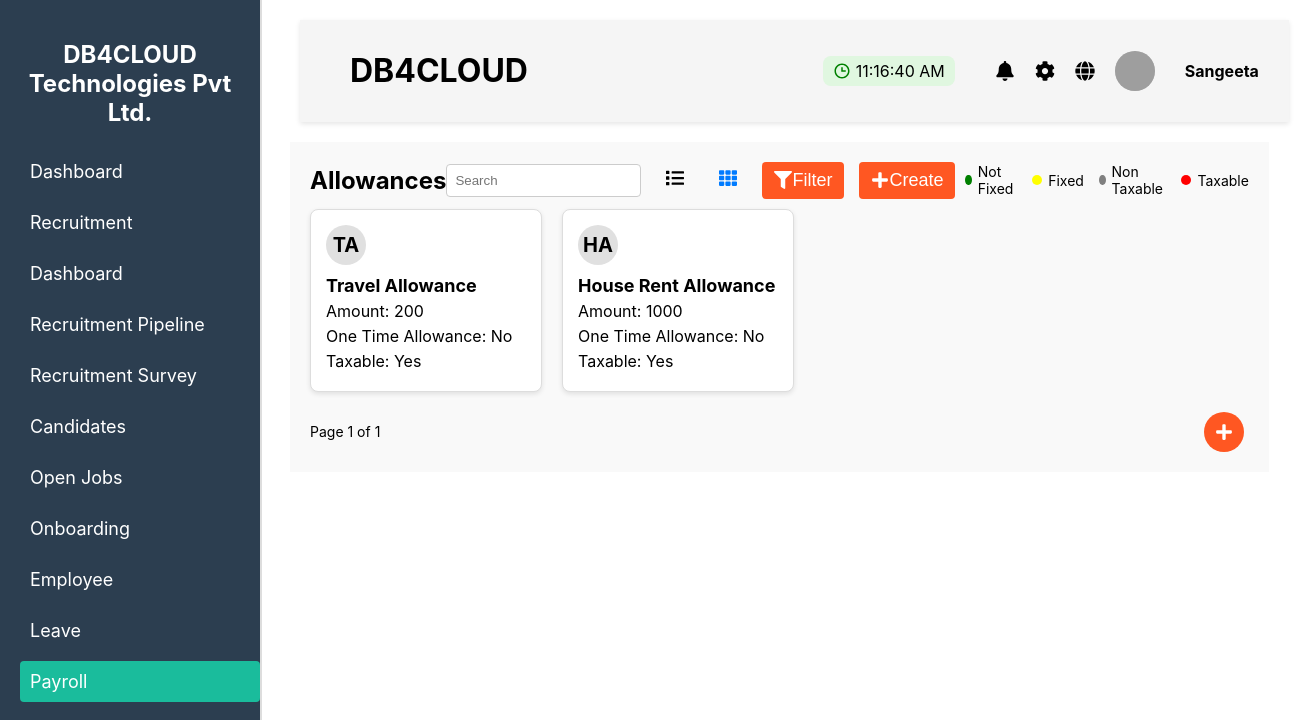
Repository: tinu-ns/Dev-code
Page: /payroll/allowances (app in HRMS-DEMO-Sang/hrms/)
These files come from the project's save history. The page is drawn as it stood at one moment and after the next save; the edit follows.
The browser window is 1280 px wide. The page is 1309 px wide, then 1280 px, so the pictures cover 1309 px, including what lies to the right of the window. The pictures show the whole page.
Pictures or frames that could not be fetched are drawn as grey boxes. The project was rebuilt for these pictures with package versions that can differ from the ones it lists, and the page was loaded fresh each time. Also part of the build but not shown: HRMS-DEMO-Sang/hrms/src/components/Dashboard.js, HRMS-DEMO-Sang/hrms/src/components/Recruitment/RecruitmentDashboard.js, HRMS-DEMO-Sang/hrms/src/components/Recruitment/RecruitmentPipeline.js, HRMS-DEMO-Sang/hrms/src/components/Payroll/Contract.js, HRMS-DEMO-Sang/hrms/src/components/Payroll/Deductions.js, HRMS-DEMO-Sang/hrms/src/components/Payroll/Payslips.js, HRMS-DEMO-Sang/hrms/src/components/Payroll/PayrollDashboard.js, HRMS-DEMO-Sang/hrms/src/components/MainContent.css and 3 more.

Above is the page before, as saved 2024-11-06 15:58:05.

### HRMS-DEMO-Sang/hrms/src/App.js
import React from 'react';
import { BrowserRouter as Router, Route, Routes, Navigate } from 'react-router-dom';
import Sidebar from './components/Sidebar';
import Dashboard from './components/Dashboard';
import RecruitmentDashboard from './components/Recruitment/RecruitmentDashboard';
import RecruitmentPipeline from './components/Recruitment/RecruitmentPipeline';
import Allowances from './components/Payroll/Allowances';
import Contract from './components/Payroll/Contract';
import Deductions from './components/Payroll/Deductions';
import Payslips from './components/Payroll/Payslips';
import PayrollDashboard from './components/Payroll/PayrollDashboard';
import Header from './components/Header';
import MainContent from './components/MainContent';
import RightSidebar from './components/RightSidebar';

import './App.css';

function App() {
  return (
    <Router>
      <div className="app">
        <Sidebar />
        <div className="content-container">
          <Header />
          <div className="main-section">
            <Routes>
              {/* Main Dashboard Route */}
              <Route path="/" element={<><MainContent /><RightSidebar /></>} />
              <Route path="/dashboard" element={<Dashboard />} />

              {/* Recruitment Section */}
              <Route path="/recruitment/dashboard" element={<RecruitmentDashboard />} />
              <Route path="/recruitment/pipeline" element={<RecruitmentPipeline />} />

              {/* Payroll Section Routes */}
              <Route path="/payroll/payroll-dashboard" element={<PayrollDashboard />} />
              <Route path="/payroll/allowances" element={<Allowances />} />
              <Route path="/payroll/contract" element={<Contract />} />
              <Route path="/payroll/deductions" element={<Deductions />} />
              <Route path="/payroll/payslips" element={<Payslips />} />

              {/* Redirect unknown routes to main dashboard */}
              <Route path="*" element={<Navigate to="/" />} />
            </Routes>
          </div>
        </div>
      </div>
    </Router>
  );
}

export default App;

### HRMS-DEMO-Sang/hrms/src/components/Payroll/Allowances.js
import React, { useState } from 'react';
import './Allowances.css';
import { FaSearch, FaList, FaTh, FaFilter, FaPlus, FaEdit, FaTrash } from 'react-icons/fa';

const allowancesData = [
  { id: 1, code: 'TA', name: 'Travel Allowance', amount: 200.0, oneTime: 'No', taxable: 'Yes', fixed: false },
  { id: 2, code: 'HA', name: 'House Rent Allowance', amount: 1000.0, oneTime: 'No', taxable: 'Yes', fixed: true },
  // Add more allowance data here
];

const Allowances = () => {
  const [searchTerm, setSearchTerm] = useState('');
  const [view, setView] = useState('card'); // 'card' or 'list'
  const [filteredData, setFilteredData] = useState(allowancesData);

  const handleSearch = (e) => {
    const term = e.target.value;
    setSearchTerm(term);
    if (term === '') {
      setFilteredData(allowancesData);
    } else {
      const filtered = allowancesData.filter((allowance) =>
        allowance.name.toLowerCase().includes(term.toLowerCase())
      );
      setFilteredData(filtered);
    }
  };

  return (
    <div className="allowances-container">
      <header className="allowances-header">
        <h2>Allowances</h2>
        <div className="controls">
          <input
            type="text"
            placeholder="Search"
            value={searchTerm}
            onChange={handleSearch}
            className="search-input"
          />
          <button className={`view-toggle ${view === 'list' ? 'active' : ''}`} onClick={() => setView('list')}>
            <FaList />
          </button>
          <button className={`view-toggle ${view === 'card' ? 'active' : ''}`} onClick={() => setView('card')}>
            <FaTh />
          </button>
          <button className="filter-btn">
            <FaFilter /> Filter
          </button>
          <button className="create-btn">
            <FaPlus /> Create
          </button>
        </div>
        <div className="status-indicators">
          <span className="dot not-fixed">Not Fixed</span>
          <span className="dot fixed">Fixed</span>
          <span className="dot non-taxable">Non Taxable</span>
          <span className="dot taxable">Taxable</span>
        </div>
      </header>

      {view === 'card' ? (
        <div className="card-view">
          {filteredData.map((allowance) => (
            <div className="allowance-card" key={allowance.id}>
              <div className="card-icon">{allowance.code}</div>
              <div className="card-content">
                <h3>{allowance.name}</h3>
                <p>Amount: {allowance.amount}</p>
                <p>One Time Allowance: {allowance.oneTime}</p>
                <p>Taxable: {allowance.taxable}</p>
              </div>
            </div>
          ))}
        </div>
      ) : (
        <div className="list-view">
          <table>
            <thead>
              <tr>
                <th>Allowance</th>
                <th>Specific Employees</th>
                <th>Excluded Employees</th>
                <th>Is Taxable</th>
                <th>Is Condition Based</th>
                <th>Condition</th>
                <th>Is Fixed</th>
                <th>Amount</th>
                <th>Based On</th>
                <th>Rate</th>
                <th>Action</th>
              </tr>
            </thead>
            <tbody>
              {filteredData.map((allowance) => (
                <tr key={allowance.id}>
                  <td>{allowance.name}</td>
                  <td>-</td>
                  <td>-</td>
                  <td>{allowance.taxable}</td>
                  <td>No</td>
                  <td>-</td>
                  <td>{allowance.fixed ? 'Yes' : 'No'}</td>
                  <td>{allowance.amount}</td>
                  <td>-</td>
                  <td>-</td>
                  <td>
                    <button className="edit-btn"><FaEdit /></button>
                    <button className="delete-btn"><FaTrash /></button>
                  </td>
                </tr>
              ))}
            </tbody>
          </table>
        </div>
      )}

      <footer className="footer">
        <span>Page 1 of 1</span>
        <button className="add-btn">
          <FaPlus />
        </button>
      </footer>
    </div>
  );
};

export default Allowances;

### HRMS-DEMO-Sang/hrms/src/components/Header.js
import React, {useState,useEffect} from 'react'
import {FaBell, FaCog, FaGlobe, FaSignOutAlt} from 'react-icons/fa'
import {BiTime} from 'react-icons/bi'
import './Header.css'

const Header = () => {
    const [currentTime, setCurrentTime] = useState('')
    const [showDropdown, setShowDropdown] = useState(false);

    const getCurrentTime = () => {
        const now = new Date()
        return now.toLocaleTimeString()   // Returns time as HH:MM:SS
    }

// Update time every second
useEffect(() => {
    const timer = setInterval(() => {
      setCurrentTime(getCurrentTime());
    }, 1000); // Update every 1000ms (1 second)

    // Cleanup interval on component unmount
    return () => clearInterval(timer);
  }, []); // Empty dependency array to run only on mount/unmount


    const toggleDropdown = () => {
        setShowDropdown(!showDropdown)
    }


  return (
    <header className='bg-container'>
      <div className='header'>
        <div className="header-left">
        <button className='menu-button'></button>
        <h1>DB4CLOUD</h1>
        </div>

        <div className="header-right">
          {/*  <p>You cannot mark attendence from this network</p> */}

                {/* Time display*/ }
                <div className="time-box">
                    <BiTime className='time-icon' />
                    <span>{currentTime}</span>
                </div>

                {/*Icons for notificatins, settings, etc. */}
                <FaBell className='icon' title='Notifications' />
                <FaCog className="icon" title="Settings" />
                <FaGlobe className='icon' title='Language' />

                {/* User Profile with dropdown*/ }

                <div className="user-profile" onClick={toggleDropdown}>
                    <div className="user-avatar">
                    < img src="https://th.bing.com/th/id/OIP.Pgv1PargHCECE7gCB5kJ-wHaKx?rs=1&pid=ImgDetMain"
                alt="user-Avatar" className="avatar" />
                    </div>
                    <span className="user-name">Sangeeta</span>

{showDropdown && (
    <div className="dropdown">
        <ul>
            <li>Profile</li>
            <li>Setting</li>
            <li>
                <FaSignOutAlt /> Logout
            </li>
        </ul>
    </div>
)}

</div>

     {  /*      <div className="user-info">
                <span className='user-name'>Shalu</span>
                < img src="https://th.bing.com/th/id/OIP.Pgv1PargHCECE7gCB5kJ-wHaKx?rs=1&pid=ImgDetMain"
                alt="user-Avatar" className="avatar" />
            </div>
            */ }
        </div>


      </div>

    </header>
  )
}

export default Header

### HRMS-DEMO-Sang/hrms/src/App.css
.app{
  display: flex;
  height: 100vh;
  background-color: #f4f4f4;
}

.content-container{
  flex-grow: 1;
  padding: 20px;
  background-color: #fff;
  margin-left: 200px;
  display: flex;
  flex-direction: column;

}

.main-section{
  display: flex;
  justify-content: space-between;
  padding: 20px;
}


.sidebar {
  width: 220px;
  background-color: #2c3e50;
  position: fixed;
  height: 100vh;
}

### HRMS-DEMO-Sang/hrms/src/components/Sidebar.css
 .container{
    display: flex;
    height: 100vh;
    margin-right: 50px;
}

/*
.content{
    flex-grow: 1;
    padding: 20px;
    padding-left: 50px;

}  */

.sidebar {
    width: 220px;
    height: 100vh;
    background-color: #503f2c;
    padding: 20px;
    color: white;
    height: 100vh;
    position: fixed;
    border-right: 2px solid #ddd;
    overflow-y: auto;        /* Allows vertical scrolling */
    position: fixed;
    margin-right: 200px;        /* Keeps sidebar fixed on the left side */

  }



  .sidebar h2{
    text-align: center;
    margin-bottom: 30px;
    font-size: 24px;
  }

  .sidebar-list{
    list-style-type: none;
    padding: 0;
  }


  .sidebar-list li{
    margin-bottom: 15px;
  }

  .sidebar-list li a {
    color: white;
    text-decoration: none;
    font-size: 18px;
    padding: 10px;
    border-radius: 4px;
    display: block;
  }

  .sidebar-list li a:hover{
    color: #1abc9c;
  }

  .sidebar-list li a.active{
    background-color: #1abc9c;
    color: white;
  }

  .sidebar {
    width: 250px;
    background-color: #2E3A46;
    color: #FFF;
    padding: 20px;
    height: 100vh;
  }

  .sidebar h2 {
    font-size: 1.5em;
    margin-bottom: 1em;
  }

  .sidebar ul {
    list-style: none;
    padding: 0;
  }

  .sidebar li {
    margin: 10px 0;
  }

  .sidebar li ul {
    margin-top: 5px;
  }

  .sidebar a {
    color: #FFF;
    text-decoration: none;
  }

  .sidebar a:hover {
    text-decoration: underline;
  }

  .sidebar a.active {
    color: #20c997;
  }

  .sidebar ul li a:hover, .menu-toggle:hover {
    background-color: #34495e;
  }

  .menu-toggle {
    background: none;
    border: none;
    color: #ecf0f1;
    font-size: 1rem;
    text-align: left;
    cursor: pointer;
    width: 100%;
    padding: 10px;
  }

  .submenu {
    list-style-type: none;
    padding-left: 20px;
  }

  .submenu li a {
    padding-left: 20px;
    font-size: 0.9rem;
  }

### HRMS-DEMO-Sang/hrms/src/components/Recruitment/RecruitmentPipeline.css
.pipeline-container {
    padding: 20px;
    background-color: #f5f5f5;
    border-radius: 8px;
  }

  .pipeline-section {
    margin-top: 20px;
  }

  .pipeline-section h3 {
    background-color: #f8f9fa;
    padding: 10px;
    border-left: 5px solid #ffa500;
  }

  .recruitment-table {
    width: 100%;
    border-collapse: collapse;
  }

  .recruitment-table th,
  .recruitment-table td {
    padding: 10px;
    border-bottom: 1px solid #ddd;
    text-align: left;
  }

  .recruitment-table th {
    background-color: #f1f1f1;
  }

  button {
    padding: 5px 10px;
    margin: 0 5px;
    border: none;
    border-radius: 4px;
    cursor: pointer;
  }

  button:hover {
    background-color: #ddd;
  }

### HRMS-DEMO-Sang/hrms/src/components/Payroll/Allowances.css
.allowances-container {
    padding: 20px;
    background-color: #f9f9f9;
  }

  .allowances-header {
    display: flex;
    justify-content: space-between;
    align-items: center;
    margin-bottom: 10px;
  }

  .allowances-header h2 {
    margin: 0;
  }

  .controls {
    display: flex;
    align-items: center;
  }

  .search-input {
    padding: 8px;
    margin-right: 10px;
    border: 1px solid #ccc;
    border-radius: 4px;
  }

  .view-toggle, .filter-btn, .create-btn {
    background: none;
    border: none;
    font-size: 18px;
    margin-right: 10px;
    cursor: pointer;
  }

  .view-toggle.active, .filter-btn.active, .create-btn.active {
    color: #007bff;
  }

  .filter-btn, .create-btn {
    display: flex;
    align-items: center;
    padding: 8px 12px;
    background-color: #ff5722;
    color: white;
    border-radius: 4px;
    cursor: pointer;
  }

  .status-indicators {
    display: flex;
    gap: 15px;
    font-size: 14px;
  }

  .dot {
    display: inline-flex;
    align-items: center;
  }

  .dot::before {
    content: '';
    display: inline-block;
    width: 10px;
    height: 10px;
    margin-right: 6px;
    border-radius: 50%;
  }

  .not-fixed::before {
    background-color: green;
  }

  .fixed::before {
    background-color: yellow;
  }

  .non-taxable::before {
    background-color: gray;
  }

  .taxable::before {
    background-color: red;
  }

  .card-view {
    display: flex;
    gap: 20px;
    flex-wrap: wrap;
  }

  .allowance-card {
    background: white;
    border: 1px solid #ddd;
    border-radius: 8px;
    padding: 15px;
    width: 200px;
    box-shadow: 0 2px 5px rgba(0, 0, 0, 0.1);
  }

  .card-icon {
    font-size: 20px;
    font-weight: bold;
    background: #e0e0e0;
    width: 40px;
    height: 40px;
    display: flex;
    align-items: center;
    justify-content: center;
    border-radius: 50%;
    margin-bottom: 10px;
  }

  .card-content h3 {
    margin: 0;
    font-size: 18px;
  }

  .card-content p {
    margin: 5px 0;
  }

  .list-view {
    background: white;
    border-radius: 8px;
    overflow: hidden;
    box-shadow: 0 2px 5px rgba(0, 0, 0, 0.1);
  }

  table {
    width: 100%;
    border-collapse: collapse;
  }

  table th, table td {
    padding: 12px;
    text-align: left;
    border-bottom: 1px solid #ddd;
  }

  .edit-btn, .delete-btn {
    background: none;
    border: none;
    cursor: pointer;
    font-size: 16px;
    margin-right: 8px;
  }

  .edit-btn {
    color: #007bff;
  }

  .delete-btn {
    color: #ff5722;
  }

  .footer {
    display: flex;
    justify-content: space-between;
    align-items: center;
    padding-top: 20px;
  }

  .footer span {
    font-size: 14px;
  }

  .add-btn {
    background-color: #ff5722;
    color: white;
    font-size: 18px;
    width: 40px;
    height: 40px;
    border: none;
    border-radius: 50%;
    display: flex;
    align-items: center;
    justify-content: center;
    cursor: pointer;
  }

### HRMS-DEMO-Sang/hrms/src/components/Payroll/PayrollDashboard.css
/* PayrollDashboard.css */
.payroll-dashboard {
  padding: 20px;
}

.status-containers {
  display: flex;
  justify-content: space-between;
  margin-bottom: 20px;
}

.status-container {
  background-color: #f0f0f0;
  border: 1px solid #ccc;
  padding: 10px;
  text-align: center;
  width: 18%;
}

.paid {
  background-color: #d4edda;
}
.confirmed {
  background-color: #cce5ff;
}
.review {
  background-color: #fff3cd;
}
.draft {
  background-color: #f8d7da;
}


.export-buttons {
  display: flex;
  gap: 10px;
  padding: 10px;
  text-align: center;
  cursor: pointer;
  width: 100px;


}

.export{
    color: #28a745;
    font-size: 15px;
    padding: 10px 15px;
    font-weight: 700;
    cursor: pointer;
    font-size: 15px;
    background-color:  #e3e8eb;
    border-radius: 5px;
    border: none;
}

.export:hover {
    background-color: rgb(152, 225, 152);
  }

.export-form {
  margin-top: 20px;
  border: 1px solid #ccc;
  padding: 20px;
  background-color: #f9f9f9;
  border: 1px solid #ccc;
  border-radius: 5px;
  width: 40%;
  display: flex;
  flex-direction: column;
  box-shadow: 0px 4px 8px rgba(0, 0, 0, 0.1);
}

.form-row {
    display: flex;
    gap: 20px;
    margin-bottom: 10px;
  }

  .form-group {
    display: flex;
    flex-direction: column;
    flex: 1;
  }

  .form-group label {
    margin-bottom: 5px;
    font-size: 14px;
    color: #333;
    font-weight: bold;
  }

.export-form label {
  display: block;
  margin-bottom: 10px;
}

.export-form input,
.export-form select {
    padding: 8px;
  border: 1px solid #ccc;
  border-radius: 5px;
}

.export-form button {
  margin-top: 10px;
  padding: 10px;
  background-color: #28a745;
  color: white;
  border: none;
  cursor: pointer;
}

.submit-button:hover {
    background-color: #218838;
  }

.status {
  display: flex;
  justify-content: space-around;
  gap: 20px;
}

.status-item {
  background-color: #f5f5f5;
  padding: 20px;
  width: 200px;
  text-align: center;
  border-radius: 8px;
  margin-bottom: 20px;
  box-shadow: 0px 4px 8px rgba(0, 0, 0, 0.1);
  border-top: 1px solid green;
}

.row-container {
  display: flex;
  align-items: center;
  justify-content: space-between; /* Space between calendar and export button */
  margin-bottom: 20px;
  background-color: #d4edda;
  text-align: center;
  align-self: center;


}

.calendar-container {
    margin-bottom: 20px;
  }


.date-selector {
  display: flex;
  flex-direction: row;
  padding: 10px;
}

.date-selector label {
  font-size: 14px;
  margin-bottom: 5px;
  margin-right: 10px;
  color: rgb(121, 5, 5);
  font-weight: bold;
  text-align: center;
}

.date-selector input[type="month"] {
  padding: 5px;
  border: 1px solid #ccc;
  border-radius: 5px;
  box-shadow: 0px 4px 8px rgba(0, 0, 0, 0.1);
}

.dashboard-content {
  display: grid;
  grid-template-columns: 1fr 1fr;
  gap: 20px;
}

.employee-payslips,
.contributions,
.contracts-ending,
.department-chart {
  background-color: #ffffff;
  border: 1px solid #e0e0e0;
  border-radius: 8px;
  padding: 20px;
}

.employee-payslips h3,
.contributions h3,
.contracts-ending h3,
.department-chart h3 {
  font-size: 16px;
  color: #333333;
  margin-bottom: 10px;
  text-align: center;
  padding-bottom: 10px;
}

.payslip-chart,
.chart-placeholder {
  height: 200px;
  background-color: hsl(335, 23%, 90%);
  border-radius: 8px;
  display: flex;
  align-items: center;
  justify-content: center;
}


.payslip-chart {
    height: 300px;
    border-radius: 8px;
    display: flex;
    align-items: center;
    justify-content: center;
    padding: 10px;
  }

  .contributions {
    margin-top: 20px;
  }


.employee-dropdown {
  width: 100%;
  padding: 8px;
  margin-bottom: 20px;
  border: 1px solid #ccc;
  border-radius: 5px;
}

table {
  width: 100%;
  border-collapse: collapse;
  margin-top: 10px;
}

th,
td {
  padding: 8px;
  text-align: left;
  border-bottom: 1px solid #ddd;
}

.avatar {
    display: inline-flex;
    align-items: center;
    justify-content: center;
    width: 30px;
    height: 30px;
    border-radius: 50%;
    background-color: #007bff;
    color: white;
    font-weight: bold;
    margin-right: 8px;
    font-size: 14px;
}

.no-contracts {
  text-align: center;
  color: #777;
  font-style: italic;
}

.department-chart {
    background-color: #ffffff;
    border: 1px solid #e0e0e0;
    border-radius: 8px;
    padding: 20px;
    text-align: center;
  }

  .department-chart h3 {
    font-size: 16px;
    color: #333333;
    margin-bottom: 10px;
  }

  .department-chart canvas {
    max-width: 300px; /* Adjust size if needed */
    margin: 0 auto;
  }

  .contracts-ending {
    background-color: #ffffff;
    border: 1px solid #e0e0e0;
    border-radius: 8px;
    padding: 20px;
    box-shadow: 0px 4px 8px rgba(0, 0, 0, 0.1);
    margin-bottom: 20px;
  }

  .contracts-header {
    display: flex;
    flex-direction: column;
    align-items: flex-start;
    margin-bottom: 15px;
  }

  .contracts-header h3 {
    font-size: 16px;
    color: #333333;
    margin: 0;
  }

  .contract-count {
    color: #888;
    font-size: 14px;
  }

  .contract-list {
    display: flex;
    flex-direction: column;
    gap: 10px;
  }

  .contract-item {
    display: flex;
    align-items: center;
    gap: 10px;
    padding: 10px;
    background-color: #f5f5f5;
    border-radius: 6px;
    transition: background-color 0.3s ease;
  }

  .contract-item:hover {
    background-color: #e8f8ff;
  }

  .contract-circle {
    width: 40px;
    height: 40px;
    background-color: #007bff;
    color: #ffffff;
    font-weight: bold;
    display: flex;
    align-items: center;
    justify-content: center;
    border-radius: 50%;
    font-size: 14px;
  }

  .contract-details {
    display: flex;
    flex-direction: column;
  }

  .employee-name {
    font-weight: 600;
    color: #333;
  }

  .contract-date {
    font-size: 13px;
    color: #555;
  }

### HRMS-DEMO-Sang/hrms/src/components/Header.css
.bg-container{
  padding-left: 30px;

}

.header {
    background-color: #f5f5f5;
    padding: 10px 20px;
    display: flex;
    justify-content: space-between;
    align-items: center;
    box-shadow: 0px 2px 5px rgba(0, 0, 0, 0.1);
  }

  .header-left {
    display: flex;
    align-items: center;
  }

  .menu-button {
    font-size: 24px;
    background: none;
    border: none;
    cursor: pointer;
  }

  .h1{
    margin-left: 15px;
    font-size: 24px;
    color: red! important ;
  }

  .header-right{
    display: flex;
    align-items: center;
  }

  .icon{
    margin-left: 20px;
    font-size: 20px;
    cursor: pointer;
  }

  .time-box {
    display: flex;
    align-items: center;
    background-color: #e0f7e0;
    padding: 5px 10px;
    border-radius: 8px;
    margin-right: 20px;
  }

  .time-icon {
    margin-right: 5px;
    font-size: 18px;
    color: green;
  }

  .user-profile{
    display: flex;
    align-items: center;
    cursor: pointer;
    position: relative;
  }

  .user-avatar{
    padding: 20px;
  }

  .avatar{
    width: 40px;
    height: 40px;
    background-color: #d4d4d4;
    border-radius: 50%;
    display: flex;
    justify-content: center;
    align-items: center;
    font-size: 18px;
    color: white;
    margin-right: 10px;

  }

  .user-name{
    font-weight: bold;
  }

  .dropdown{
    position: absolute;
    top: 50px;
    right: 0;
    background-color: #fff;
    box-shadow: 0px 2px 8px rgba(0, 0, 0, 0.1);
    border-radius: 5px;
    z-index: 100;
  }

  .dropdown ul {
    list-style-type: none;
    padding: 10px;
    margin: 0;
  }

  .dropdown ul li {
    padding: 10px 15px;
    cursor: pointer;
  }

  .dropdown ul li:hover {
    background-color: #f5f5f5;
  }

  .user-info {
    display: flex;
    align-items: center;
  }

  .user-name {
    margin-right: 10px;
  }

Loaded but not shown: HRMS-DEMO-Sang/hrms/public/index.html (common file); HRMS-DEMO-Sang/hrms/src/index.js (common file); HRMS-DEMO-Sang/hrms/src/index.css (common file); HRMS-DEMO-Sang/hrms/src/reportWebVitals.js (common file); HRMS-DEMO-Sang/hrms/src/components/Sidebar.js (102 lines, source omitted)

After the next save:
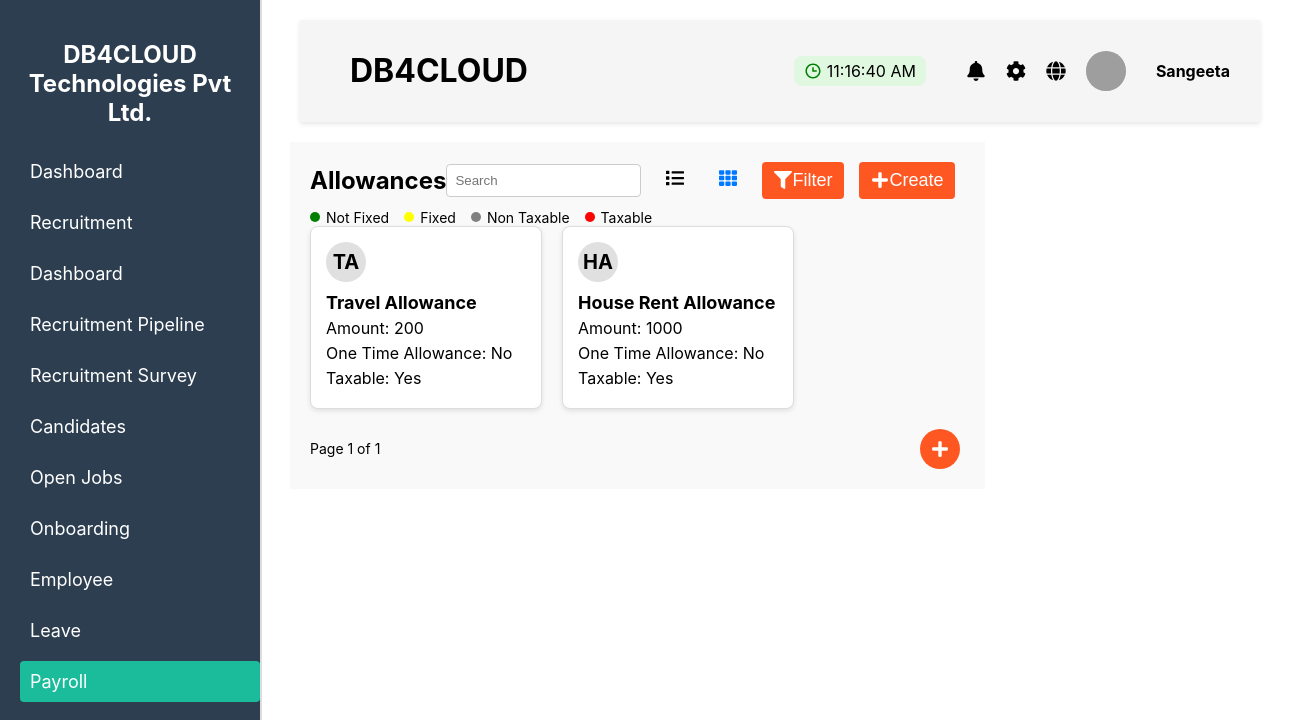
Saved 7 min 48 s later.
--- a/HRMS-DEMO-Sang/hrms/src/components/Payroll/Allowances.js
+++ b/HRMS-DEMO-Sang/hrms/src/components/Payroll/Allowances.js
@@ -51,13 +51,14 @@ const Allowances = () => {
             <FaPlus /> Create
           </button>
         </div>
-        <div className="status-indicators">
-          <span className="dot not-fixed">Not Fixed</span>
-          <span className="dot fixed">Fixed</span>
-          <span className="dot non-taxable">Non Taxable</span>
-          <span className="dot taxable">Taxable</span>
-        </div>
       </header>
+
+      <div className="status-indicators">
+        <span className="dot not-fixed">Not Fixed</span>
+        <span className="dot fixed">Fixed</span>
+        <span className="dot non-taxable">Non Taxable</span>
+        <span className="dot taxable">Taxable</span>
+      </div>
 
       {view === 'card' ? (
         <div className="card-view">
